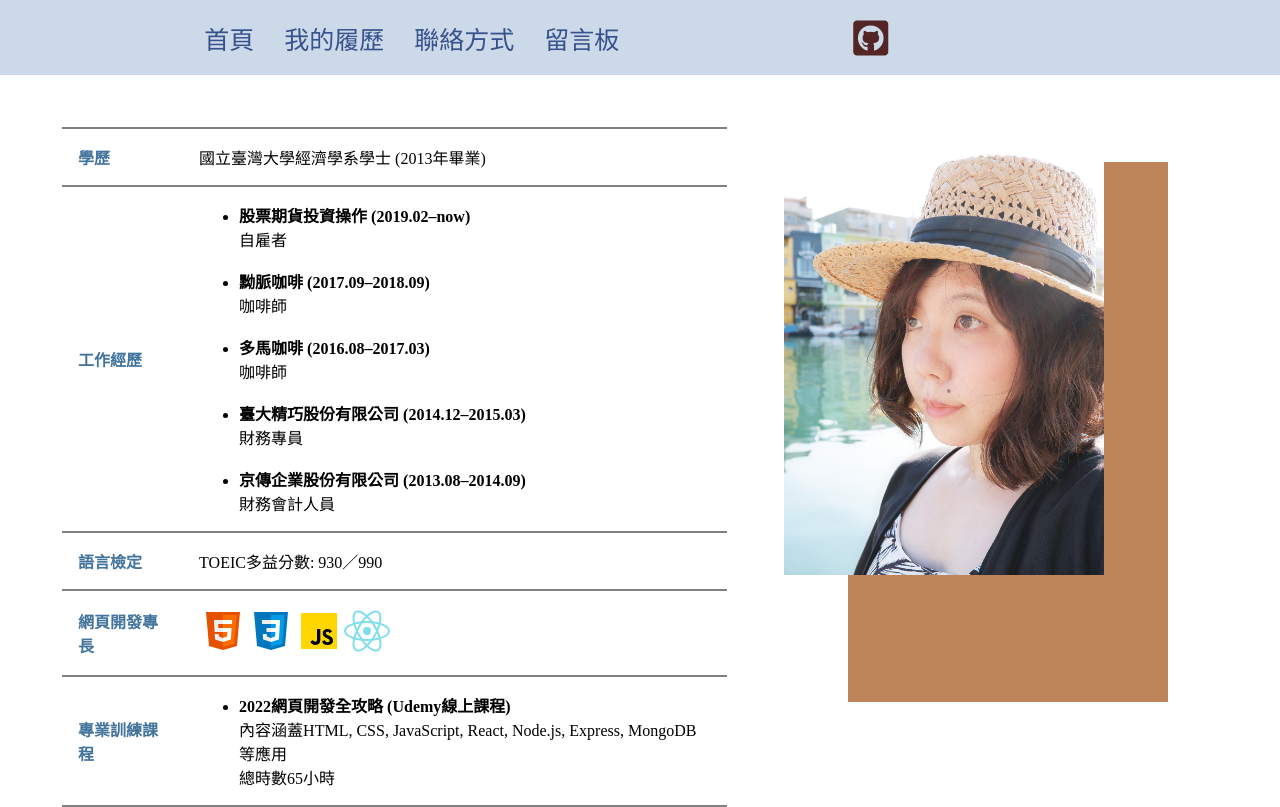
Repository: lcjyc/portfolio-website
Page: /resume
An editor plug-in stored every save of this project. The page is shown before and after the next save, followed by the edit.
The browser window is 1280 px wide. The pictures show the whole page.
The project was rebuilt for these pictures with package versions that can differ from the ones it lists, and the page was loaded fresh each time. Also part of the build but not shown: src/pages/home/home.css, src/pages/home/Home.jsx, src/pages/contact/contact.css, src/pages/contact/Contact.jsx.

Above is the page before, as saved 2022-08-20 09:38:59.

### public/index.html
<!DOCTYPE html>
<html lang="zh-tw">
  <head>
    <meta charset="utf-8" />
    <meta name="viewport" content="width=device-width, initial-scale=1" />
    <meta name="theme-color" content="#000000" />
    <meta
      name="description"
      content="Web site created using create-react-app"
    />
    <link
      href="https://fonts.googleapis.com/css2?family=Josefin+Sans:wght@100;200;300;400;500;600;700&family=Lora:ital@0;1&family=Varela&family=Varela+Round&display=swap"
      rel="stylesheet"
    />
    <link
      rel="stylesheet"
      href="https://cdnjs.cloudflare.com/ajax/libs/font-awesome/5.15.3/css/all.min.css"
      integrity="sha512-iBBXm8fW90+nuLcSKlbmrPcLa0OT92xO1BIsZ+ywDWZCvqsWgccV3gFoRBv0z+8dLJgyAHIhR35VZc2oM/gI1w=="
      crossorigin="anonymous"
    />
    <style>
      * {
        margin: 0;
      }
    </style>
    <style>
      .link {
        text-decoration: none;
        color: inherit;
      }
    </style>
    <title>Lesley Chen|Portfolio</title>
  </head>

  <body>
    <noscript>You need to enable JavaScript to run this app.</noscript>
    <div id="root"></div>
  </body>
</html>

### src/App.js
import TopBar from "./components/topbar/TopBar";
import Home from "./pages/home/Home";
import Resume from "./pages/resume/Resume";
import Contact from "./pages/contact/Contact";
import { BrowserRouter as Router, Routes, Route } from "react-router-dom";

function App() {
  return (
    <Router>
      <TopBar />
      <Routes>
        <Route path="/" element={<Home />} />
        <Route path="/resume" element={<Resume />} />
        <Route path="/contact" element={<Contact />} />
      </Routes>
    </Router>
  );
}

export default App;

### src/components/topbar/TopBar.jsx
import { Link } from "react-router-dom";
import "./topbar.css";

export default function TopBar() {
  return (
    <div className="top">
      <div className="topLeft">
        <ul className="topList">
          <li className="topListItem">
            <Link className="link" to="/">
              首頁
            </Link>
          </li>
          <li className="topListItem">
            <Link className="link" to="/resume">
              我的履歷
            </Link>
          </li>
          <li className="topListItem">
            <Link className="link" to="/contact">
              聯絡方式
            </Link>
          </li>
          <li className="topListItem">
            <Link className="link" to="/bulletin">
              留言板
            </Link>
          </li>
        </ul>
      </div>
      <div className="topRight">
        <a href="https://github.com/lcjyc/">
          <i className="topIcon fab fa-github-square"></i>
        </a>
      </div>
    </div>
  );
}

### src/pages/resume/Resume.jsx
import React from "react";
import resumePic from "../../images/resume-pic.jpg";
import htmlIcon from "../../icons/icons8-html-5.svg";
import cssIcon from "../../icons/icons8-css3.svg";
import jsIcon from "../../icons/icons8-javascript.svg";
import reactIcon from "../../icons/icons8-react-native.svg";

import "./resume.css";

export default function Resume() {
  return (
    <div className="resume">
      <section className="table">
        <table>
          <tr className="tabletop">
            <td>
              <h4>學歷</h4>
            </td>
            <td>國立臺灣大學經濟學系學士 (2013年畢業)</td>
          </tr>
          <tr>
            <td>
              <h4>工作經歷</h4>
            </td>
            <td>
              <ul>
                <li>股票期貨投資操作 (2019.02–now)</li>
                <p>自雇者</p>
                <br />
                <li>黝脈咖啡 (2017.09–2018.09)</li>
                <p>咖啡師</p>
                <br />
                <li>多馬咖啡 (2016.08–2017.03)</li>
                <p>咖啡師</p>
                <br />
                <li>臺大精巧股份有限公司 (2014.12–2015.03)</li>
                <p>財務專員</p>
                <br />
                <li>京傳企業股份有限公司 (2013.08–2014.09)</li>
                <p>財務會計人員</p>
              </ul>
            </td>
          </tr>
          <tr>
            <td>
              <h4>語言檢定</h4>
            </td>
            <td>TOEIC多益分數: 930／990</td>
          </tr>
          <tr>
            <td>
              <h4>網頁開發專長</h4>
            </td>
            <td>
              <img src={htmlIcon} title="HTML5" alt="HTML5" />
              <img src={cssIcon} title="CSS3" alt="CSS3" />
              <img src={jsIcon} title="JavaScript" alt="JavaScript" />
              <img src={reactIcon} title="React" alt="React" />
            </td>
          </tr>
          <tr>
            <td>
              <h4>專業訓練課程</h4>
            </td>
            <td>
              <ul>
                <li>2022網頁開發全攻略 (Udemy線上課程)</li>
                <p>
                  內容涵蓋HTML, CSS, JavaScript, React, Node.js, Express,
                  MongoDB 等應用
                </p>
                <p>總時數65小時</p>
              </ul>
            </td>
          </tr>
        </table>
      </section>

      <section class="picture">
        <img src={resumePic} alt="" />
        <div class="Rectangle"></div>
      </section>
    </div>
  );
}

### src/components/topbar/topbar.css
.top {
  width: 100%;
  height: 6vh;
  background-color: rgb(154, 179, 210, 0.5);
  position: sticky;
  top: 0;
  padding: 1rem 0rem;
  display: flex;
  align-items: center;
  z-index: 999;
}

.topLeft {
  flex: 6;
  display: flex;
  align-items: center;
  justify-content: center;
}

.topRight {
  flex: 3;
  display: flex;
}

.topIcon {
  font-size: 40px;
  margin-right: 10px;
  color: rgb(83, 37, 37);
  cursor: pointer;
}

.topImg {
  width: 40px;
  height: 40px;
  border-radius: 50%;
  object-fit: cover;
  cursor: pointer;
}

.topList {
  display: flex;
  justify-content: center;
  margin: 0;
  padding: 0;
  list-style: none;
}

.topListItem {
  margin-right: 30px;
  font-size: 25px;
  color: rgb(55, 82, 141);
  cursor: pointer;
}

.topListItem :hover {
  color: white;
}

### src/pages/resume/resume.css
.resume {
  display: flex;
  flex-wrap: wrap;
  padding-top: 3vh;
}

.table {
  width: 70%;
  flex: 3 1 600px;
  padding: 0rem 2rem;
  margin: 30px 0px 0px 30px;
}

.tabletop {
  border-top: 2px solid gray;
}

.table > table {
  border-collapse: collapse;
}

.table > table > tr {
  border-bottom: 2px solid gray;
  transition: all 0.2s ease;
}

.table > table > tr > td {
  padding: 1rem;
}

.table > table > tr > td > h4 {
  color: rgb(67, 116, 156);
}

.table > table > tr > td > ul > li {
  font-weight: bold;
}

.table > table > tr:hover {
  background-color: rgb(154, 179, 210, 0.5);
}

.picture {
  flex: 1 1 500px;
  position: relative;
}

.picture > img {
  width: 25vw;
  position: absolute;
  top: 7vh;
  left: 2vw;
}

.Rectangle {
  width: 25vw;
  height: 75vh;
  background-color: rgb(190, 132, 90);
  position: absolute;
  top: 9vh;
  left: 7vw;
  z-index: -1;
}

Loaded but not shown: src/index.js (common file)

After the next save:
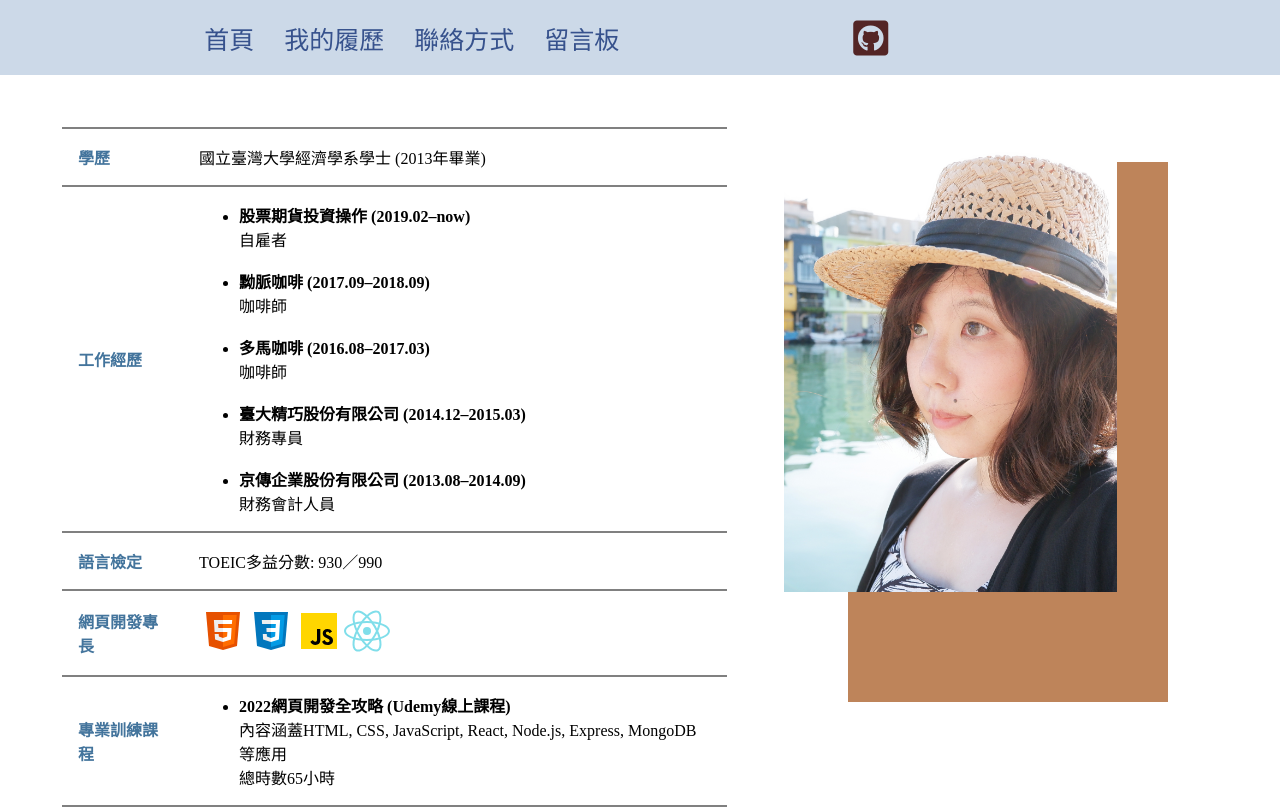
Saved 7 s later.
--- a/src/pages/resume/resume.css
+++ b/src/pages/resume/resume.css
@@ -46,7 +46,7 @@
 }
 
 .picture > img {
-  width: 25vw;
+  width: 26vw;
   position: absolute;
   top: 7vh;
   left: 2vw;
